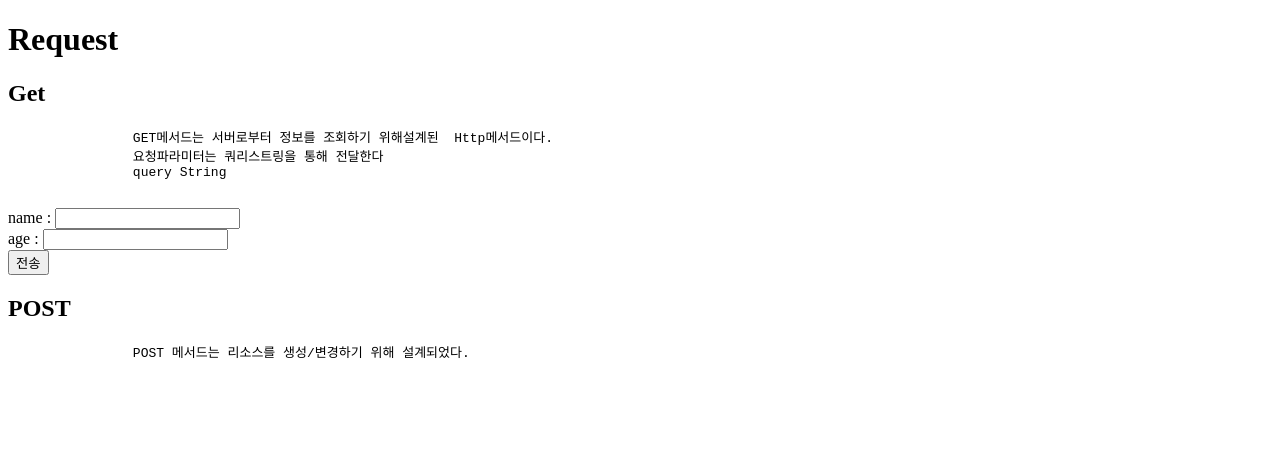
Repository: vaynel/StudyFile
Page: H_spring/spring04_servlet/WebContent/a_request.html
An editor plug-in stored every save of this project. The page is shown before and after the next save, followed by the edit.
The browser window is 1280 px wide. The pictures show the whole page.

Above is the page before, as saved 2023-01-18 02:17:15.

After the next save:
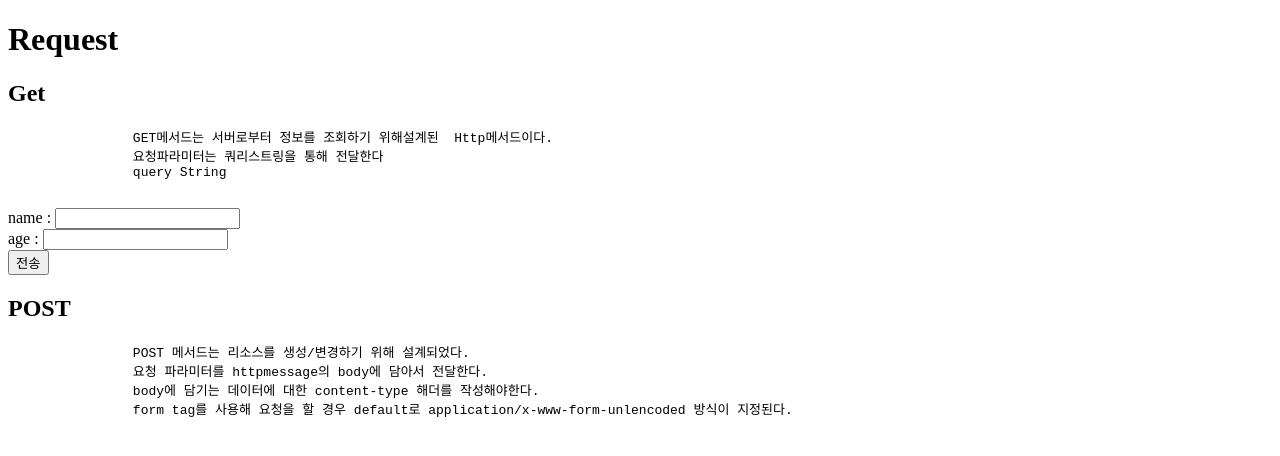
Saved 101 s later.
--- a/H_spring/spring04_servlet/WebContent/a_request.html
+++ b/H_spring/spring04_servlet/WebContent/a_request.html
@@ -22,6 +22,10 @@
 	<h2>POST</h2>
 	<pre>
 		POST 메서드는 리소스를 생성/변경하기 위해 설계되었다.
+		요청 파라미터를 httpmessage의 body에 담아서 전달한다.
+		body에 담기는 데이터에 대한 content-type 해더를 작성해야한다.
+		form tag를 사용해 요청을 할 경우 default로 application/x-www-form-unlencoded 방식이 지정된다.
+
 	</pre>
 
 
